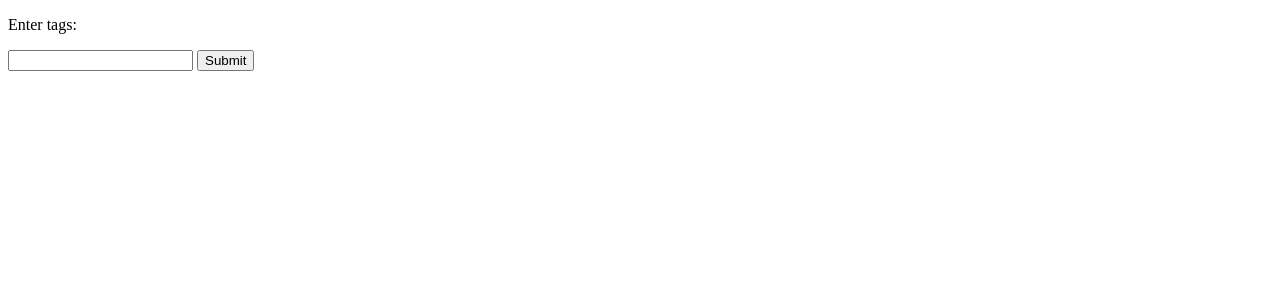
Repository: zhanivanov/PHP_Basics_Course_Homework
Page: http://localhost/1.PrintTags/PrintTags.php
The author's editor kept a copy of each file at every save. The page is drawn from the files as they stood at one save, then again after the next save.
The browser window is 1280 px wide. The pictures show the whole page.
The page is run by PHP 8.4 with error messages shown; the project is at /var/www/html/.

Above is the page before, as saved 2014-08-20 12:00:01.

After the next save:
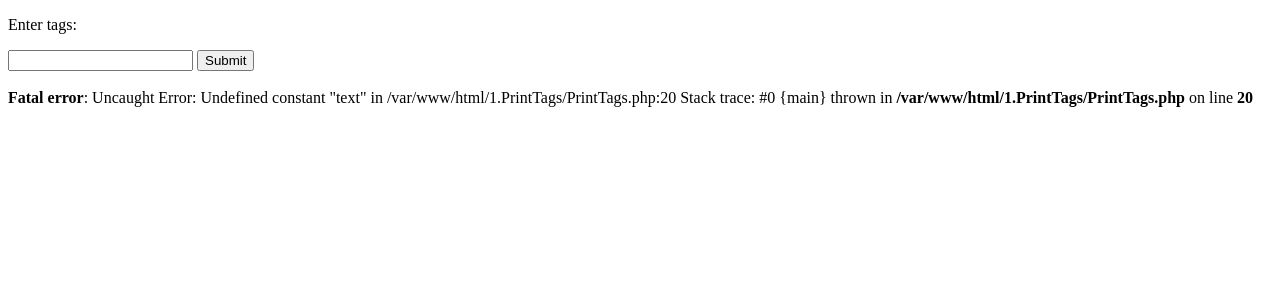
Saved 3 min 11 s later.
--- a/PHP_Working_With_Forms/1.PrintTags/PrintTags.php
+++ b/PHP_Working_With_Forms/1.PrintTags/PrintTags.php
@@ -17,4 +17,7 @@
 </html>
 
 <?php
+if(isset($_GET[text-field])){
+    $array = $_GET[text-field].split(', ');
+}
 ?>

After the save that followed:
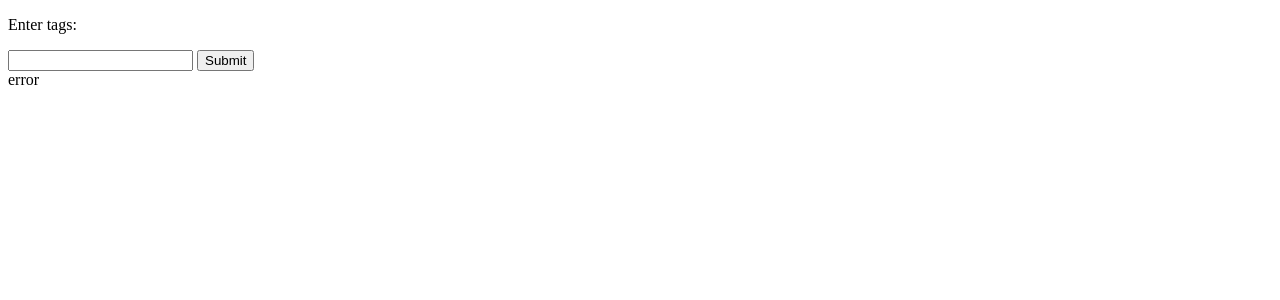
Saved 7 min 8 s later.
--- a/PHP_Working_With_Forms/1.PrintTags/PrintTags.php
+++ b/PHP_Working_With_Forms/1.PrintTags/PrintTags.php
@@ -17,7 +17,10 @@
 </html>
 
 <?php
-if(isset($_GET[text-field])){
-    $array = $_GET[text-field].split(', ');
+if(isset($_GET['text-field'])){
+    var_dump($_GET['text-field']);
+}
+else{
+    echo 'error';
 }
 ?>
